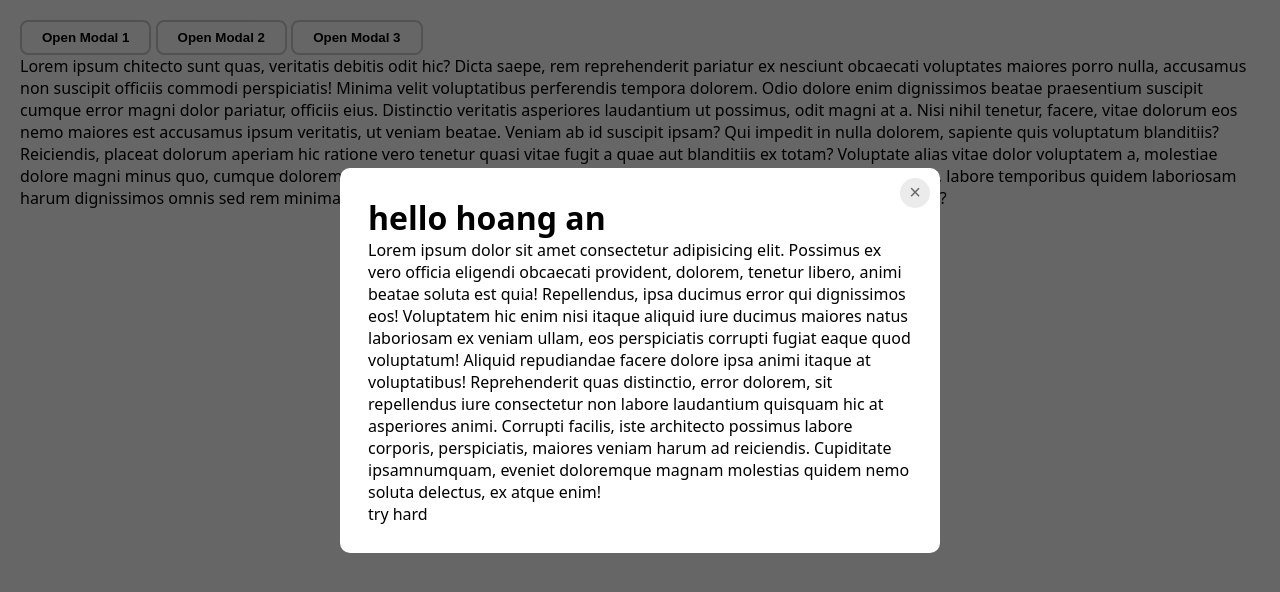
Repository: hoangan3526/Javascript-project
Page: index.html
The author's editor kept a copy of each file at every save. The page is drawn from the files as they stood at one save, then again after the next save.
The browser window is 1280 px wide. The pictures show the whole page.

Above is the page before, as saved 2026-05-04 09:26:09.

### index.html
<!DOCTYPE html>
<html lang="en">
    <head>
        <meta charset="UTF-8" />
        <meta name="viewport" content="width=device-width, initial-scale=1.0" />
        <title>Modal</title>
        <link rel="stylesheet" href="style.css" />
    </head>
    <body>
        <main>
            <button id="open-modal-1" class="btn">Open Modal 1</button>
            <button id ="open-modal-2" class="btn">Open Modal 2</button>

            <button id="open-modal-3" class="btn">Open Modal 3</button>

            <p>Lorem ipsum chitecto sunt quas, veritatis debitis odit hic? Dicta saepe, rem reprehenderit pariatur ex nesciunt obcaecati voluptates maiores porro nulla, accusamus non suscipit officiis commodi perspiciatis!
            Minima velit voluptatibus perferendis tempora dolorem. Odio dolore enim dignissimos beatae praesentium suscipit cumque error magni dolor pariatur, officiis eius. Distinctio veritatis asperiores laudantium ut possimus, odit magni at a.
            Nisi nihil tenetur, facere, vitae dolorum eos nemo maiores est accusamus ipsum veritatis, ut veniam beatae. Veniam ab id suscipit ipsam? Qui impedit in nulla dolorem, sapiente quis voluptatum blanditiis?
            Reiciendis, placeat dolorum aperiam hic ratione vero tenetur quasi vitae fugit a quae aut blanditiis ex totam? Voluptate alias vitae dolor voluptatem a, molestiae dolore magni minus quo, cumque dolorem.
            Id unde minus sit laboriosam dolore beatae dolorum. Quo quibusdam adipisci, labore temporibus quidem laboriosam harum dignissimos omnis sed rem minima accusantium, perferendis reiciendis! Officia explicabo amet velit alias quisquam?</p>
        </main>
        <template id ="modal-1">
            <h1>hello hoang an</h1>
            <p>Lorem ipsum dolor sit amet consectetur adipisicing elit. Possimus ex vero officia eligendi obcaecati provident, dolorem, tenetur libero, animi beatae soluta est quia! Repellendus, ipsa ducimus error qui dignissimos eos!
            Voluptatem hic enim nisi itaque aliquid iure ducimus maiores natus laboriosam ex veniam ullam, eos perspiciatis corrupti fugiat eaque quod voluptatum! Aliquid repudiandae facere dolore ipsa animi itaque at voluptatibus!
            Reprehenderit quas distinctio, error dolorem, sit repellendus iure consectetur non labore laudantium quisquam hic at asperiores animi. Corrupti facilis, iste architecto possimus labore corporis, perspiciatis, maiores veniam harum ad reiciendis.
            Cupiditate ipsamnumquam, eveniet doloremque magnam molestias quidem nemo soluta delectus, ex atque enim!</p>
        </template>
        <template id="modal-2">
            <h1>Login</h1>
            <form action="" id="login-form">
                <input
                    type="email"
                    placeholder="Enter your email..."
                    id="email"
                />
                <br />
                <input
                    type="password"
                    placeholder="Enter your password..."
                    id="password"
                />
                <br />
                <button type="submit">Login</button>
            </form>
        </template>
        <template id = "modal-3">
            <h1>hello hoang an</h1>
            <p>Lorem ipsum dolor sit amet consectetur adipisicing elit. Possimus ex vero officia eligendi obcaecati provident, dolorem, tenetur libero, animi beatae soluta est quia! Repellendus, ipsa ducimus error qui dignissimos eos!
            Voluptatem hic enim nisi itaque aliquid iure ducimus maiores natus laboriosam ex veniam ullam, eos perspiciatis corrupti fugiat eaque quod voluptatum! Aliquid repudiandae facere dolore ipsa animi itaque at voluptatibus!
            Reprehenderit quas distinctio, error dolorem, sit repellendus iure consectetur non labore laudantium quisquam hic at asperiores animi. Corrupti facilis, iste architecto possimus labore corporis, perspiciatis, maiores veniam harum ad reiciendis.
            Cupiditate ipsamnumquam, eveniet doloremque magnam molestias quidem nemo soluta delectus, ex atque enim!</p>

        </template>
        <!-- Modal -->

        <script src="main.js"></script>
    </body>
</html>

### style.css
* {
    margin: 0;
    padding: 0;
    box-sizing: border-box;
}

html {
    font-size: 62.5%;
}

body {
    font-size: 1.6rem;
    font-family: system-ui, -apple-system, BlinkMacSystemFont, "Segoe UI",
        Roboto, Oxygen, Ubuntu, Cantarell, "Open Sans", "Helvetica Neue",
        sans-serif;
}
main {
    margin: 20px;
}

.btn {
    border: 2px solid #ccc;
    border-radius: 8px;
    padding: 8px 20px;
    font-weight: 600;
}
button {
    border: none;
    outline: none;
    background: transparent;
    cursor: pointer;
}

.modal-backdrop {
    position: fixed;
    inset: 0;
    display: flex;
    align-items: center;
    justify-content: center;
    background: rgba(0, 0, 0, 0.6);
    opacity: 0;
    visibility: hidden;
    transition: opacity, visibility;
    transition-duration: 0.3s;
}

.modal-backdrop.show {
    opacity: 1;
    visibility: visible;
}

.modal-backdrop.show .modal-container {
    transform: scale(1);
}

.modal-container {
    position: relative;
    width: min(600px, 90%);
    padding: 28px;
    border-radius: 10px;
    background: #fff;
    transform: scale(0);
    transition: transform 0.3s;
}

.modal-close {
    position: absolute;
    top: 10px;
    right: 10px;
    width: 30px;
    height: 30px;
    border-radius: 50%;
    color: #666;
    background: #ebebeb;
    font-size: 2rem;
}

.modal-close:hover {
    color: #333;
}

.modal-content {
    max-height: 80vh;
    overflow-y: auto;
}
.no-scroll{
    overflow: hidden;
}

### main.js
const $ = document.querySelector.bind(document);
const $$ = document.querySelectorAll.bind(document);

function Modal(options = {}) {
    const { templateId, classCSS= [], destroyOnClose = true, closeMethods =["button" , "overlay", "escape"] , onOpen , onClose  , footer = false} = options;
        const template = $(`#${templateId}`);

        if (!template) {
            console.error(`#${templateId} does not exist!`);
            return;
        }
        this._allowEscapeClose = closeMethods.includes("escape");
        this._allowBackdropClose = closeMethods.includes("overlay");
        this._allowButtonClose = closeMethods.includes("button");
    function getScrollbarWidth() {
        if (getScrollbarWidth.value) return getScrollbarWidth.value;

        const div = document.createElement("div");
        Object.assign(div.style, {
            overflow: "scroll",
            position: "absolute",
            top: "-9999px",
        });

        document.body.appendChild(div);
        const scrollbarWidth = div.offsetWidth - div.clientWidth;
        document.body.removeChild(div);

        getScrollbarWidth.value = scrollbarWidth;

        return scrollbarWidth;
    }
    this.build = () => {
        const content = template.content.cloneNode(true);

        // Create modal elements
        this._backdrop = document.createElement("div");
        this._backdrop.className = "modal-backdrop";

        const container = document.createElement("div");
        container.className = "modal-container";
        classCSS.forEach( classItem => {
            if ( typeof classItem === "string"){
                container.classList.add(classItem);
            }
        });
        if(typeof classCSS === 'string'){

        }
        if (this._allowButtonClose){
            const closeBtn = document.createElement("button");
            closeBtn.className = "modal-close";
            closeBtn.innerHTML = "&times;";
            container.appendChild(closeBtn);
            closeBtn.onclick = () => this.close();
        }

        const modalContent = document.createElement("div");
        modalContent.className = "modal-content";

        // Append content and elements
        modalContent.append(content);
        container.append(modalContent);
        if ( footer){
            const footerContent = document.createElement("div");
            footerContent.innerHTML = 'try hard';
            modalContent.append(footerContent);
        }
        this._backdrop.append(container);
        document.body.append(this._backdrop);

    }
    this.open= () => {
       if (!this._backdrop){
        this.build();
       }

        setTimeout(() => {
            this._backdrop.classList.add("show");
        }, 0);

        // Disable scrolling
        document.body.classList.add("no-scroll");
        document.body.style.paddingRight = getScrollbarWidth() + "px";

        // Attach event listeners


        if (this._allowBackdropClose) {
            this._backdrop.onclick = (e) => {
                if (e.target === this._backdrop) {
                    this.close();
                }
            };
        }
        if(this._allowEscapeClose){
            document.addEventListener("keydown", (e) => {
                if (e.key === "Escape") {
                    this.close();
                }
            });
        }

            this._onTransitonEnd(() => {

                if ( typeof onOpen === "function") onOpen();
            })


        return this._backdrop;
    };
    this._onTransitonEnd = (callback) => {
        this._backdrop.ontransitionend = (e) => {
            if( e.propertyName !== "transform" ) return ;
        if ( typeof callback === "function") callback();
    }

    this.close = (destroy= destroyOnClose) => {
        this._backdrop.classList.remove("show");


        this._onTransitonEnd ( () => {
                if (this._backdrop && destroy){
                    this._backdrop.remove();
                    this._backdrop = null;
                }

                // Enable scrolling
                document.body.classList.remove("no-scroll");
                document.body.style.paddingRight = "";

            if (typeof onClose === "function") onClose();
        });


    };
    this.destroy  = () => {
        this.close(true);
    }
}
}

const modal1 = new Modal(
    {
        templateId: "modal-1",

        destroyOnClose : false,
        onOpen : () => {
            console.log("Open Modal");

        },
        onClose :() => {
            console.log("Close Modal");

        }
    }
);

$("#open-modal-1").onclick = () => {
    const modalElement = modal1.open();
};

const modal2 = new Modal({
    templateId : "modal-2",
    classCSS : ["class1","class2"],
})
$("#open-modal-2").onclick = () => {
    const modalElement = modal2.open();
    const form = modalElement.querySelector("#login-form");
    if (form) {
        form.onsubmit = (e) => {
            e.preventDefault();
            const formData = {
                email: $("#email").value.trim(),
                password: $("#password").value.trim(),
            };

            console.log(formData);
        };
    }
}
const modal3 = new Modal(
    {
        templateId: "modal-3",

        footer : true,
        onOpen : () => {
            console.log("Open Modal 3 ");

        },
        onClose :() => {
            console.log("Close Modal 3 ");

        }
    }
);
modal3.open();

After the next save:
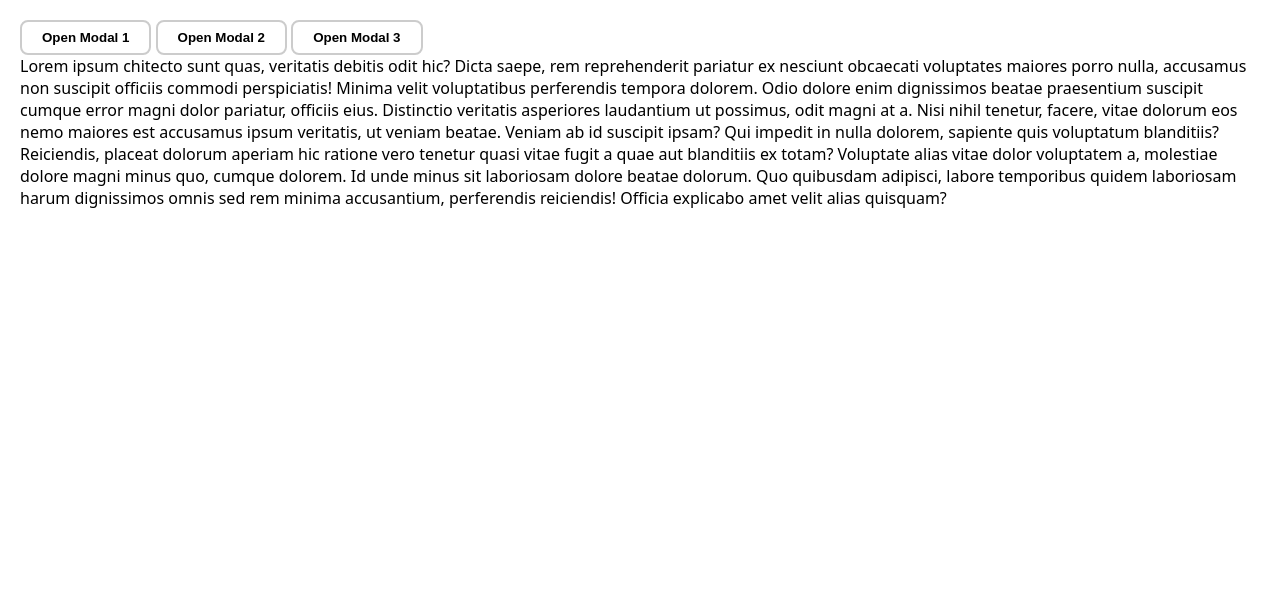
Console error: ReferenceError: footerContent is not defined
Saved 12 min 28 s later.
--- a/main.js
+++ b/main.js
@@ -62,9 +62,10 @@
         modalContent.append(content);
         container.append(modalContent);
         if ( footer){
-            const footerContent = document.createElement("div");
-            footerContent.innerHTML = 'try hard';
-            modalContent.append(footerContent);
+            const modalFooter = document.createElement("div");
+            modalFooter.className = "modal-footer";
+            modalFooter.innerHTML = 'try hard';
+            container.append(footerContent);
         }
         this._backdrop.append(container);
         document.body.append(this._backdrop);

After the save that followed:
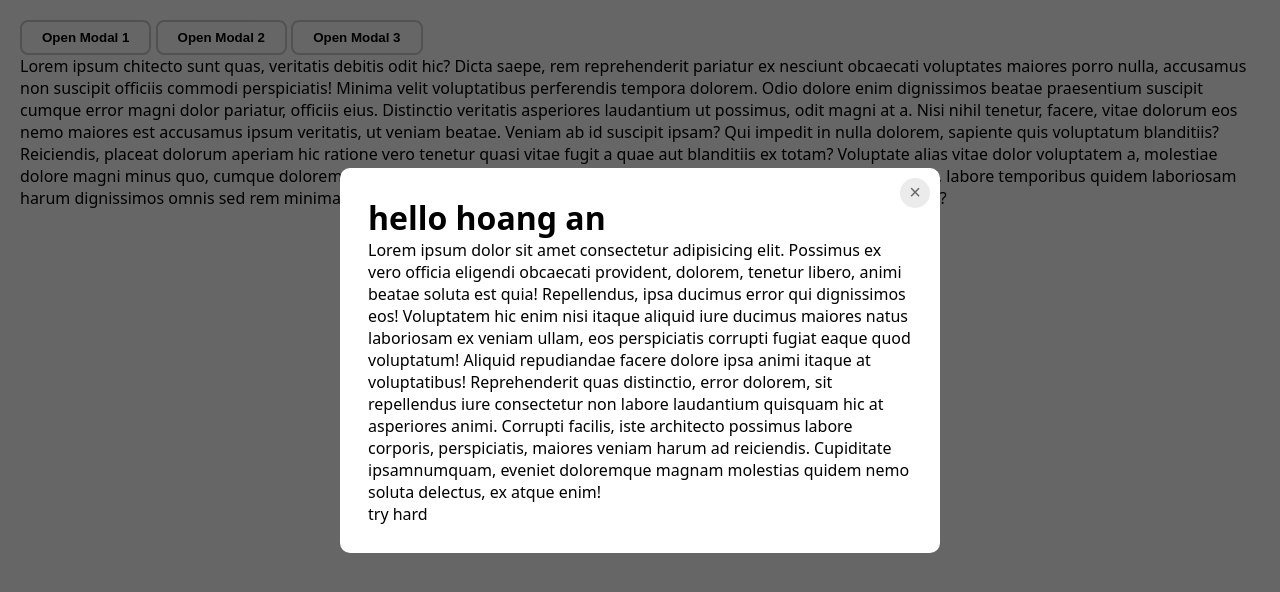
The error is gone.
Saved 22 s later.
--- a/main.js
+++ b/main.js
@@ -65,7 +65,7 @@
             const modalFooter = document.createElement("div");
             modalFooter.className = "modal-footer";
             modalFooter.innerHTML = 'try hard';
-            container.append(footerContent);
+            container.append(modalFooter);
         }
         this._backdrop.append(container);
         document.body.append(this._backdrop);
